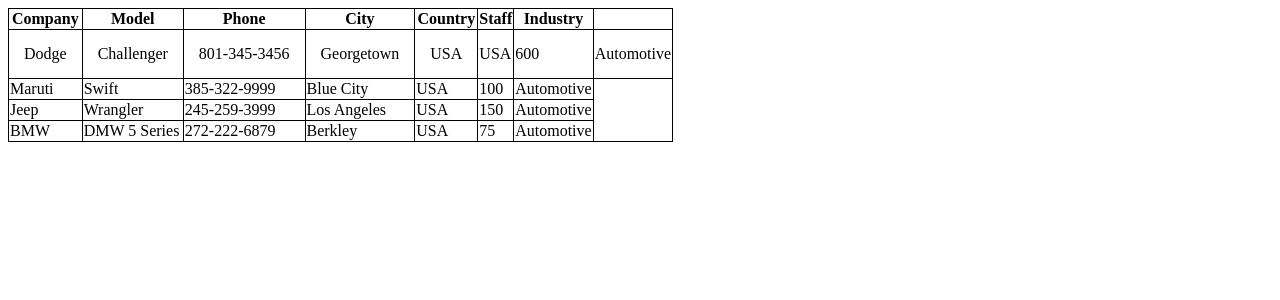
Repository: vgoins-RA2022/HTML-2
Page: index.html
The author's editor kept a copy of each file at every save. The page is drawn from the files as they stood at one save, then again after the next save.
The browser window is 1280 px wide. The pictures show the whole page.

Above is the page before, as saved 2023-01-21 22:25:22.

After the next save:
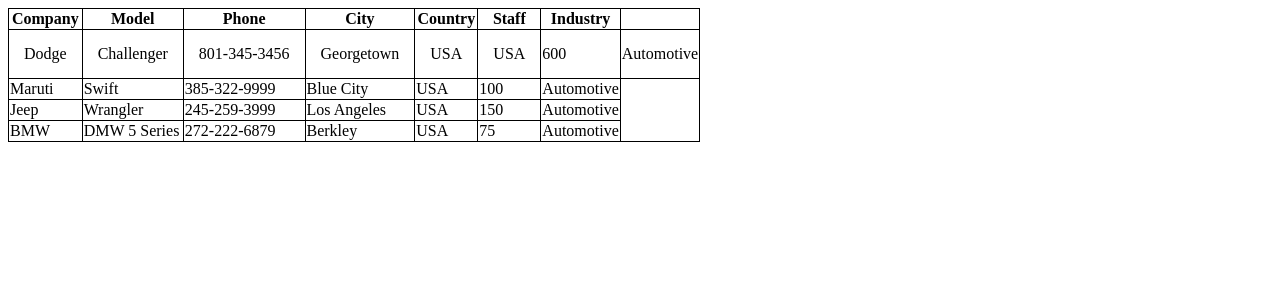
Saved 16 s later.
--- a/index.html
+++ b/index.html
@@ -31,7 +31,7 @@
         <td class="table-cell-padding">801-345-3456</td>
         <td class="table-cell-padding">Georgetown</td>
         <td class="table-cell-padding">USA</td>
-        <td>USA</td>
+        <td class="table-cell-padding">USA</td>
         <td>600</td>
         <td>Automotive</td>
       </tr>
